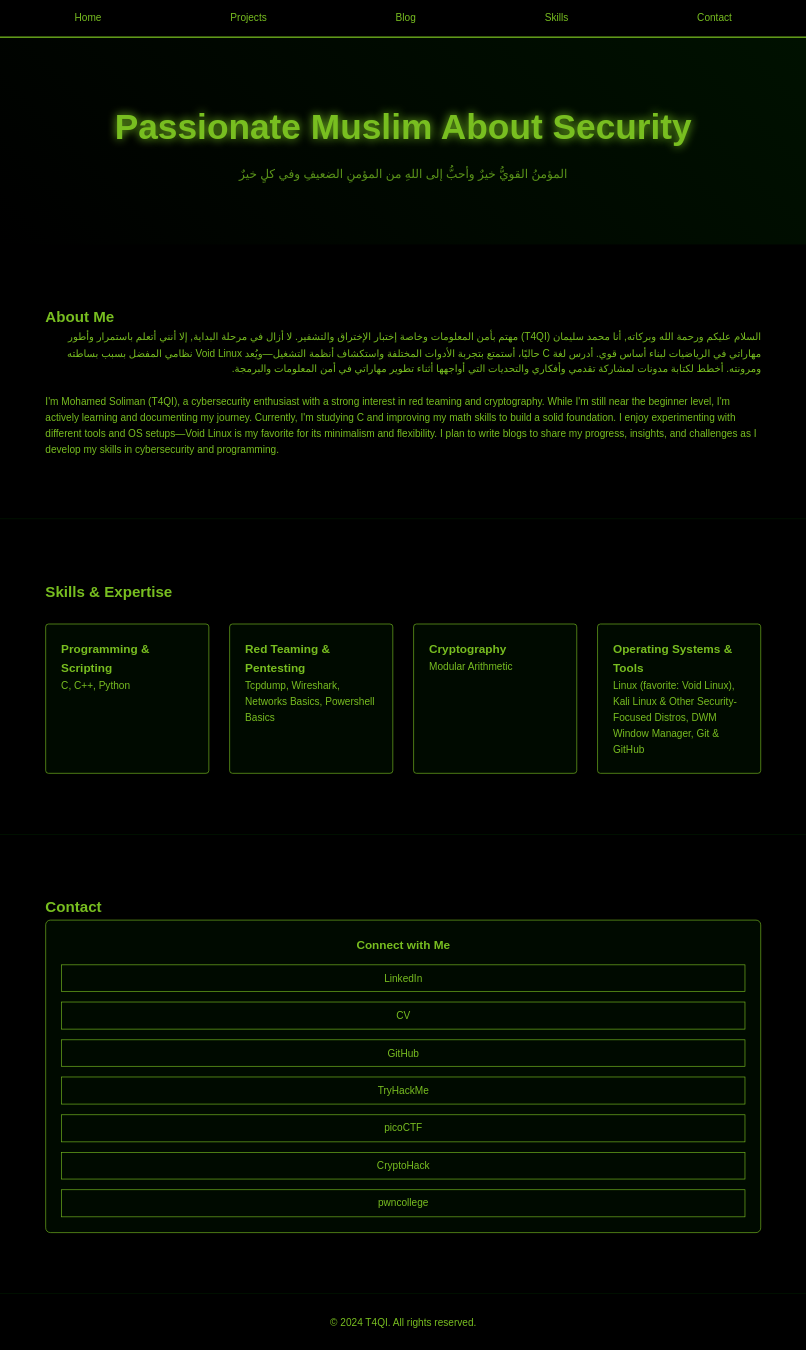
Repository: mohamedsoliman-tq/Website
Page: index.html
An editor plug-in stored every save of this project. The page is shown before and after the next save, followed by the edit.
The browser window is 1280 px wide. The pictures show the whole page, at 63% of full size.

Above is the page before, as saved 2025-02-13 01:19:19.

After the next save:
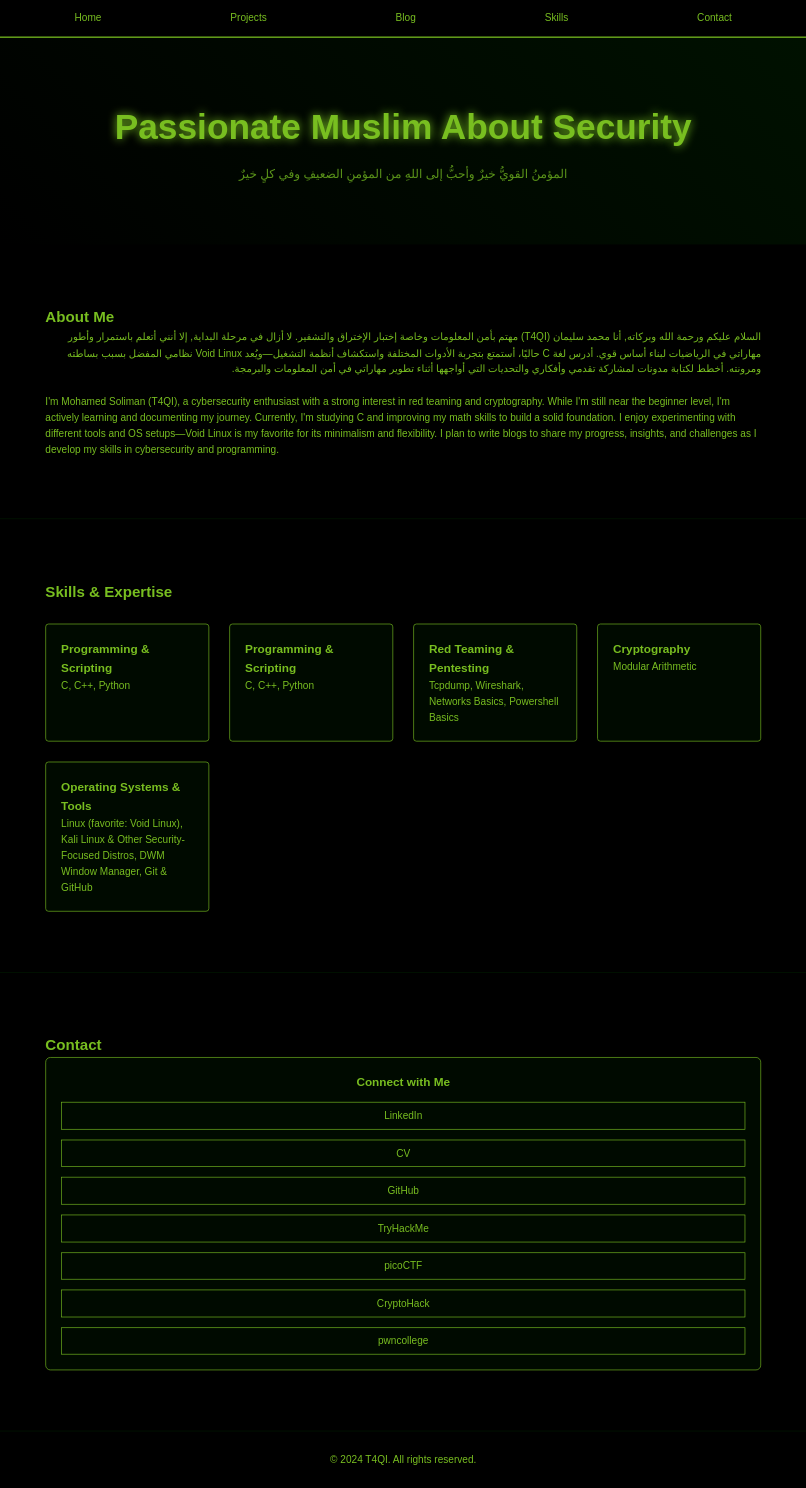
Saved 53 s later.
--- a/index.html
+++ b/index.html
@@ -56,6 +56,10 @@
                     <p>C, C++, Python</p>
                 </div>
                 <div class="skill-card">
+                    <h3>Programming & Scripting</h3>
+                    <p>C, C++, Python</p>
+                </div>
+                <div class="skill-card">
                     <h3>Red Teaming & Pentesting</h3>
                     <p>Tcpdump, Wireshark, Networks Basics, Powershell Basics</p>
                 </div>

After the 3 saves that followed:
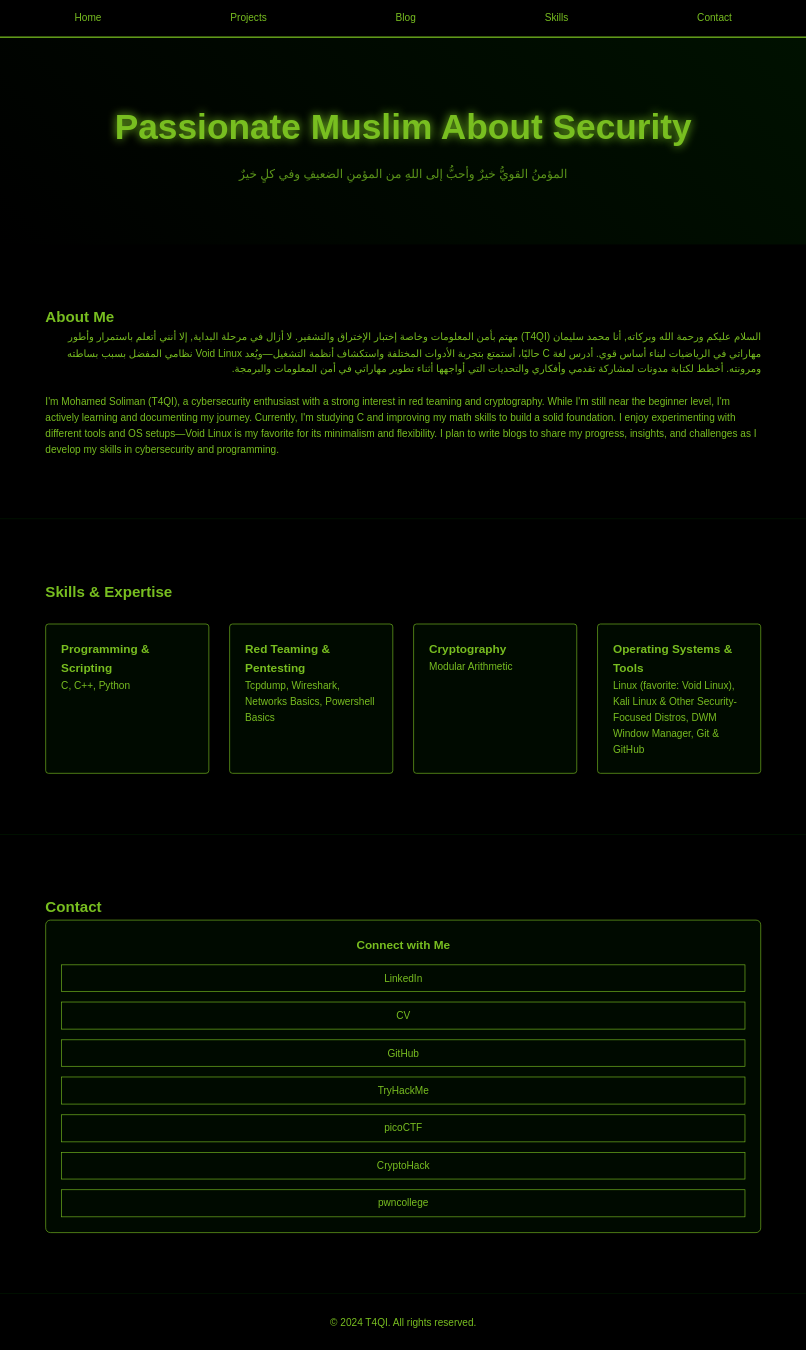
The 3 saves are shown as one change because 1 left the picture as it was and some came seconds apart.
The last was saved 27 s later.
--- a/index.html
+++ b/index.html
@@ -1,5 +1,6 @@
 <!DOCTYPE html>
 <html lang="en">
+
 <head>
     <meta charset="UTF-8">
     <meta name="viewport" content="width=device-width, initial-scale=1.0">
@@ -13,6 +14,7 @@
     <link rel="stylesheet" href="/css/sections.css">
     <link rel="stylesheet" href="/css/utilities.css">
 </head>
+
 <body>
     <nav>
         <ul>
@@ -34,15 +36,23 @@
     <section id="about" class="section">
         <div class="container">
             <h2>About Me</h2>
-            <p dir="rtl" lang="ar">السلام عليكم ورحمة الله وبركاته, أنا محمد سليمان (T4QI) مهتم بأمن المعلومات وخاصة إختبار الإختراق والتشفير. لا أزال في مرحلة البداية,  إلا أنني أتعلم باستمرار وأطور مهاراتي في الرياضيات لبناء أساس قوي.
-                أدرس لغة C حاليًا، أستمتع بتجربة الأدوات المختلفة واستكشاف أنظمة التشغيل—ويُعد Void Linux نظامي المفضل بسبب بساطته ومرونته. أخطط لكتابة مدونات لمشاركة تقدمي وأفكاري والتحديات التي أواجهها أثناء تطوير مهاراتي في أمن المعلومات والبرمجة.
+            <p dir="rtl" lang="ar">السلام عليكم ورحمة الله وبركاته, أنا محمد سليمان (T4QI) مهتم بأمن المعلومات وخاصة
+                إختبار الإختراق والتشفير. لا أزال في مرحلة البداية, إلا أنني أتعلم باستمرار وأطور مهاراتي في الرياضيات
+                لبناء أساس قوي.
+                أدرس لغة C حاليًا، أستمتع بتجربة الأدوات المختلفة واستكشاف أنظمة التشغيل—ويُعد Void Linux نظامي المفضل
+                بسبب بساطته ومرونته. أخطط لكتابة مدونات لمشاركة تقدمي وأفكاري والتحديات التي أواجهها أثناء تطوير مهاراتي
+                في أمن المعلومات والبرمجة.
             </p>
             <br>
-            <p>I'm Mohamed Soliman (T4QI), a cybersecurity enthusiast with a strong interest in red teaming and cryptography. While I'm still near the beginner level, I'm actively learning and documenting my journey.
+            <p>I'm Mohamed Soliman (T4QI), a cybersecurity enthusiast with a strong interest in red teaming and
+                cryptography. While I'm still near the beginner level, I'm actively learning and documenting my journey.
 
-                Currently, I'm studying C and improving my math skills to build a solid foundation. I enjoy experimenting with different tools and OS setups—Void Linux is my favorite for its minimalism and flexibility.
+                Currently, I'm studying C and improving my math skills to build a solid foundation. I enjoy
+                experimenting with different tools and OS setups—Void Linux is my favorite for its minimalism and
+                flexibility.
 
-                I plan to write blogs to share my progress, insights, and challenges as I develop my skills in cybersecurity and programming.
+                I plan to write blogs to share my progress, insights, and challenges as I develop my skills in
+                cybersecurity and programming.
             </p>
         </div>
     </section>
@@ -51,10 +61,6 @@
         <div class="container">
             <h2>Skills & Expertise</h2>
             <div class="skills-grid">
-                <div class="skill-card">
-                    <h3>Programming & Scripting</h3>
-                    <p>C, C++, Python</p>
-                </div>
                 <div class="skill-card">
                     <h3>Programming & Scripting</h3>
                     <p>C, C++, Python</p>
@@ -69,20 +75,23 @@
                 </div>
                 <div class="skill-card">
                     <h3>Operating Systems & Tools</h3>
-                    <p>Linux (favorite: Void Linux), Kali Linux & Other Security-Focused Distros, DWM Window Manager, Git & GitHub</p>
+                    <p>Linux (favorite: Void Linux), Kali Linux & Other Security-Focused Distros, DWM Window Manager,
+                        Git & GitHub</p>
                 </div>
             </div>
         </div>
     </section>
 
     <section id="contact" class="section">
-    <div class="container">
-        <h2>Contact</h2>
+        <div class="container">
+            <h2>Contact</h2>
             <div class="social-links">
                 <h3>Connect with Me</h3>
                 <div class="social-icons">
-                    <a href="https://www.linkedin.com/in/mohamed-soliman-%F0%9F%87%B5%F0%9F%87%B8-00202324b/" target="_blank" class="social-icon">LinkedIn</a>
-                    <a href="https://share.ue.internxt.com/d/sh/file/52afb896-7506-4114-a24f-fd1f7dbbbdc8/7b63414442f232dee5ba622712b484643482fd96115fec4d779cf64a41c502c5" target="_blank" class="social-icon">CV</a>
+                    <a href="https://www.linkedin.com/in/mohamed-soliman-%F0%9F%87%B5%F0%9F%87%B8-00202324b/"
+                        target="_blank" class="social-icon">LinkedIn</a>
+                    <a href="https://share.ue.internxt.com/d/sh/file/52afb896-7506-4114-a24f-fd1f7dbbbdc8/7b63414442f232dee5ba622712b484643482fd96115fec4d779cf64a41c502c5"
+                        target="_blank" class="social-icon">CV</a>
                     <a href="https://github.com/mohamedsoliman-tq" target="_blank" class="social-icon">GitHub</a>
                     <a href="https://tryhackme.com/r/p/T4QI" target="_blank" class="social-icon">TryHackMe</a>
                     <a href="https://play.picoctf.org/users/T4QI" target="_blank" class="social-icon">picoCTF</a>
@@ -91,11 +100,12 @@
                 </div>
             </div>
         </div>
-    </div>
-</section>
+        </div>
+    </section>
 
     <footer>
         <p>© 2024 T4QI. All rights reserved.</p>
     </footer>
 </body>
+
 </html>
